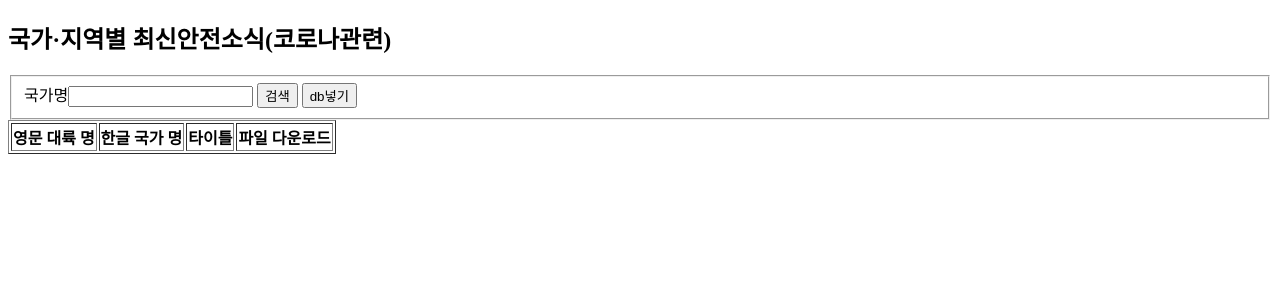
Repository: Sewoong-Lee/jsp
Page: http://localhost/jsp05_api/view/02_xml_json.jsp
An editor plug-in stored every save of this project. The page is shown before and after the next save, followed by the edit.
The browser window is 1280 px wide. The pictures show the whole page.
The page is served by Tomcat 9.

Above is the page before, as saved 2021-06-28 01:47:20.

After the next save:
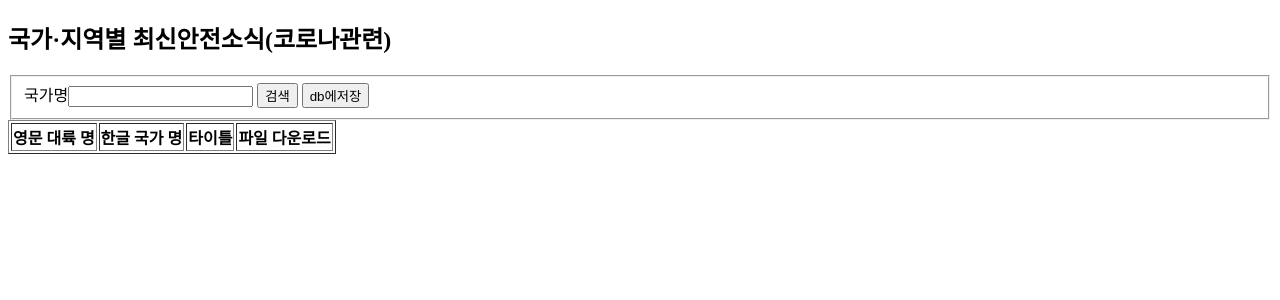
Saved 58 s later.
--- a/source/jsp05_api/WebContent/view/02_xml_json.jsp
+++ b/source/jsp05_api/WebContent/view/02_xml_json.jsp
@@ -15,7 +15,7 @@
 		<fieldset>
 			국가명<input type="text" name="countryname" >
 			<button>검색</button>
-			<button onclick="location.href='${path}/add.country'">db넣기</button>
+			<button onclick="location.href='${path}/insert.country'">db에저장</button>
 		</fieldset>
 	</form>
 
